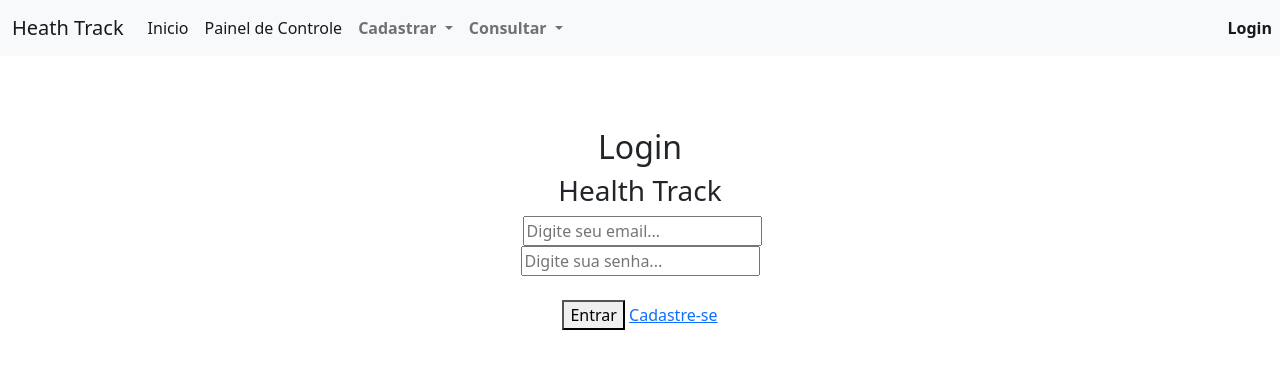
Repository: FellipySantos/HealthTrack_Finalizado
Page: http://localhost/JSPs/login.jsp
An editor plug-in stored every save of this project. The page is shown before and after the next save, followed by the edit.
The browser window is 1280 px wide. The pictures show the whole page.
The page is served by Tomcat 9.

Above is the page before, as saved 2021-11-22 09:43:14.

After the next save:
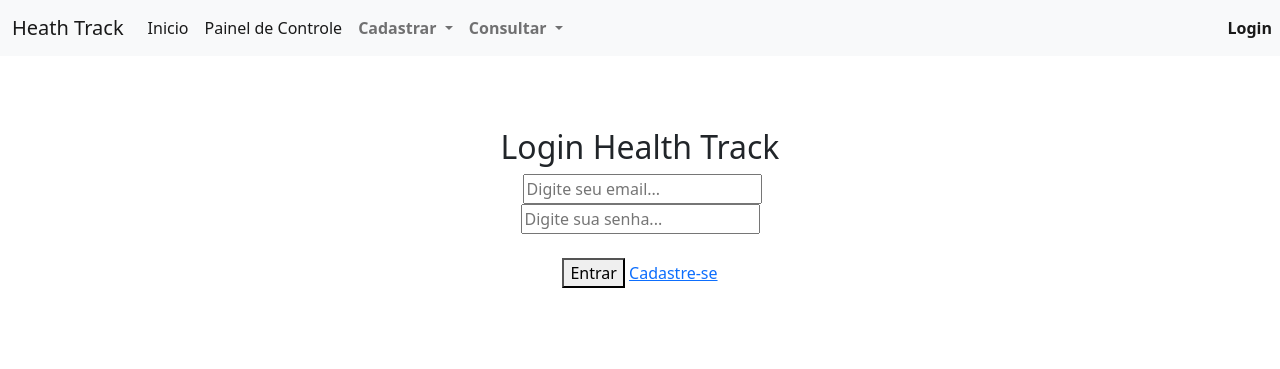
Saved 18 s later.
--- a/JSP/JSPs/WebContent/login.jsp
+++ b/JSP/JSPs/WebContent/login.jsp
@@ -16,9 +16,8 @@
 
 <center><body>
     <div>
-         <h2>Login</h2>
+         <h2>Login Health Track</h2>
         <form id="formLogin" method="Post" action="../../Login">
-            <h3>Health Track</h3>
             <label id="msg"></label>
             <input type="email" name="email" id="email" placeholder="Digite seu email..." required><br>
             <input type="password" name="senha" id="senha" placeholder="Digite sua senha..." required><br><br>
